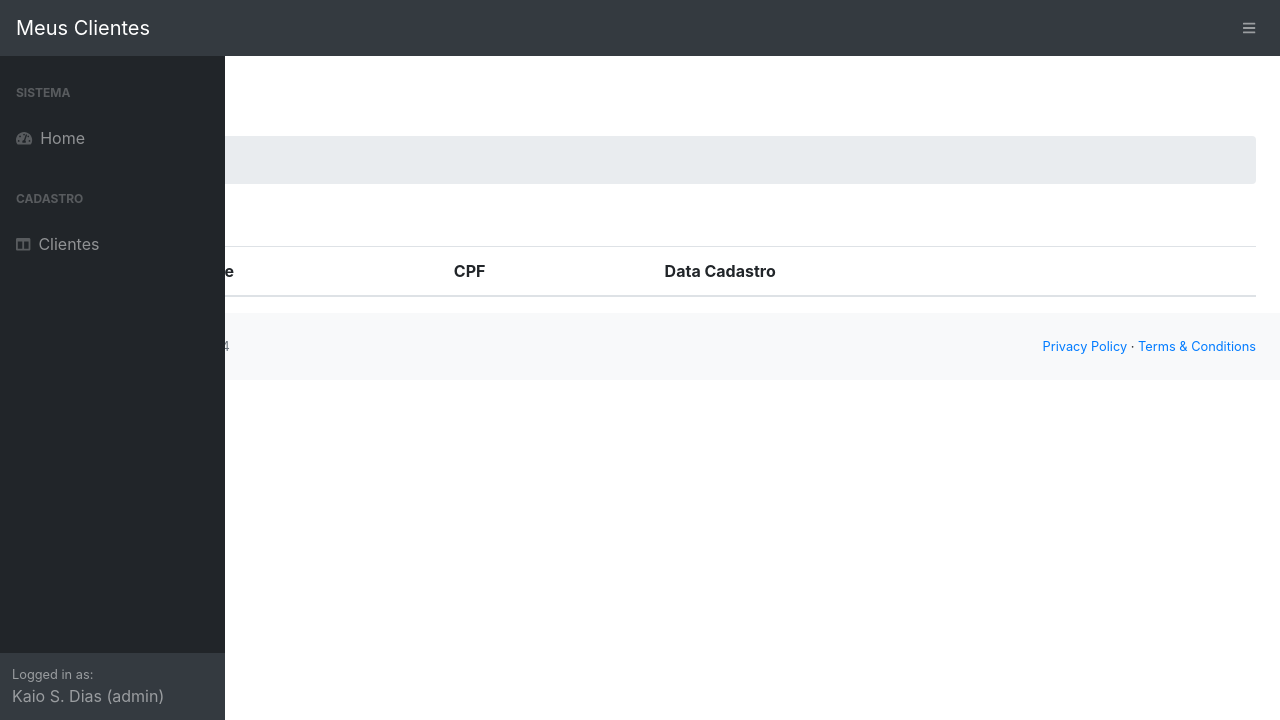
Repository: Kaio-Dias/Angular-Springboot
Page: /users-list (app in Frontend/clients-app/)
These files come from the project's save history. The page is drawn as it stood at one moment and after the next save; the edit follows.
The browser window is 1280 px wide. The pictures show the whole page.
The page's requests for data from a server got no answer. Some web libraries are served in a nearby version. The project was rebuilt for these pictures with package versions that can differ from the ones it lists, and the page was loaded fresh each time. No one was signed in, and anything a server would have sent is missing. Also part of the build but not shown: Frontend/clients-app/angular.json, Frontend/clients-app/src/app/users/users-form/users-form.component.ts, Frontend/clients-app/src/app/users/UserModel.ts, Frontend/clients-app/src/app/home/home.component.ts.

Above is the page before, as saved 2024-07-12 10:49:24.

### Frontend/clients-app/src/index.html
<!doctype html>
<html lang="en">
<head>
  <meta charset="utf-8">
  <title>ClientsApp</title>
  <base href="/">
  <meta name="viewport" content="width=device-width, initial-scale=1">
  <link rel="icon" type="image/x-icon" href="favicon.ico">
  <script src="https://cdnjs.cloudflare.com/ajax/libs/font-awesome/5.11.2/js/all.min.js" crossorigin="anonymous"></script>
</head>
<body class="sb-nav-fixed">
  <app-root></app-root>
</body>
</html>

### Frontend/clients-app/src/app/app.component.ts
import { Component } from '@angular/core';
import { RouterModule, RouterOutlet } from '@angular/router';
import { routes } from './app.routes';
import { UsersService } from './users.service';
import { HttpClientModule } from '@angular/common/http';
import { CommonModule } from '@angular/common';

import { HomeComponent } from './home/home.component';
import {TemplateModule} from './template/template.module';
import {UsersModule} from './users/users.module';

@Component({
  selector: 'app-root',
  standalone: true,
  imports: [
    RouterOutlet,
    HomeComponent,
    TemplateModule,
    CommonModule,
    UsersModule,
    HttpClientModule
  ],
  providers:[
    UsersService
  ],
  templateUrl: './app.component.html',
  styleUrls: ['./app.component.css']
})
export class AppComponent {
  title = 'clients-app';
}

### Frontend/clients-app/src/app/app.routes.ts
import { Routes } from '@angular/router';
import { UsersFormComponent } from './users/users-form/users-form.component';
import { HomeComponent } from './home/home.component';
import { UsersListComponent } from './users/users-list/users-list.component';

export const routes: Routes = [
    { path: '', redirectTo: '/home', pathMatch: 'full' },
    { path: 'home', component: HomeComponent },
    { path: 'users-form', component: UsersFormComponent },
    { path: 'users-form/:id', component: UsersFormComponent},
    { path: 'users-list', component: UsersListComponent },

];

### Frontend/clients-app/src/app/app.component.html
<app-navbar></app-navbar>
<div id="layoutSidenav">
  <app-sidebar></app-sidebar>
  <div id="layoutSidenav_content">
    <main>
      <div class="container-fluid">
        <router-outlet></router-outlet>
      </div>
      <footer class="py-4 bg-light mt-auto">
        <div class="container-fluid">
            <div class="d-flex align-items-center justify-content-between small">
                <div class="text-muted">Copyright &copy; Client Manager 2024</div>
                <div>
                    <a href="#">Privacy Policy</a>
                    &middot;
                    <a href="#">Terms &amp; Conditions</a>
                </div>
            </div>
        </div>
    </footer>
    </main>
  </div>
</div>

### Frontend/clients-app/src/app/users.service.ts
import { Injectable } from '@angular/core';
import { UserModel } from './users/UserModel';
import { HttpClient, HttpHeaders } from '@angular/common/http';
import { Observable } from 'rxjs';


@Injectable({
  providedIn: 'root'
})
export class UsersService {

  private user: UserModel[] = [];

  private apiUrl = 'http://localhost:8084/api/users';

  constructor(private http: HttpClient) {

  }
  //provavelmente seu User virará UserModel
  save(user:UserModel) : Observable<UserModel[]>{
    const headers = new HttpHeaders({'Content-Type': 'application/json'});
    return this.http.post<UserModel[]>(this.apiUrl, user, {headers})
  }

  getUsers(): Observable<UserModel[]> {
    return this.http.get<UserModel[]>(this.apiUrl);
  }

  getUserById(id: number): Observable<UserModel> {
    return this.http.get<UserModel>(`${this.apiUrl}/${id}`);
  }
}

### Frontend/clients-app/src/app/template/template.module.ts
import { NgModule } from '@angular/core';
import { CommonModule } from '@angular/common';
import { NavbarComponent } from './navbar/navbar.component';
import {SidebarComponent } from './sidebar/sidebar.component';
import { RouterModule } from '@angular/router';



@NgModule({
  declarations: [],
  imports: [
    CommonModule,
    RouterModule,
    NavbarComponent,
    SidebarComponent
  ],
  exports: [
    NavbarComponent,
    SidebarComponent
  ]
})
export class TemplateModule { }

### Frontend/clients-app/src/app/users/users.module.ts
import { NgModule } from '@angular/core';
import { CommonModule } from '@angular/common';
import { FormsModule } from '@angular/forms'

import { UsersRoutingModule } from './users-routing.module';
import { UsersFormComponent } from './users-form/users-form.component';
import { UsersListComponent } from './users-list/users-list.component';
import { RouterModule } from '@angular/router';


@NgModule({
  declarations: [],
  imports: [
    FormsModule,
    CommonModule,
    UsersRoutingModule,
    UsersFormComponent,
    UsersListComponent,
    RouterModule
  ],
  exports:[
    UsersFormComponent
  ]
})
export class UsersModule { }

### Frontend/clients-app/src/app/users/users-list/users-list.component.ts
import { Component, OnInit } from '@angular/core';
import { FormsModule } from '@angular/forms';
import { CommonModule } from '@angular/common';
import { ActivatedRoute, Router, RouterModule } from '@angular/router'

import { UserModel } from '../UserModel';
import { UsersService } from '../../users.service'
import { response } from 'express';

@Component({
  selector: 'app-users-list',
  standalone: true,
  imports: [FormsModule, CommonModule],
  templateUrl: './users-list.component.html',
  styleUrl: './users-list.component.css'
})
export class UsersListComponent implements OnInit {

  users: UserModel[] = [];

  constructor(
    private userService: UsersService,
    private router: Router,
    private activatedRoute: ActivatedRoute
  ){}

  ngOnInit(): void {
    this.userService.getUsers().subscribe(response => this.users = response);
  }

  newRegister(){
    this.router.navigate(['/users-form'])
  }
}

### Frontend/clients-app/src/app/template/navbar/navbar.component.ts
import { Component, AfterViewInit } from '@angular/core';

@Component({
  selector: 'app-navbar',
  standalone: true,
  imports: [],
  templateUrl: './navbar.component.html',
  styleUrl: './navbar.component.css'
})
export class NavbarComponent {

}

### Frontend/clients-app/src/app/users/users-routing.module.ts
import { NgModule } from '@angular/core';
import { RouterModule, Routes } from '@angular/router';
import { UsersFormComponent } from './users-form/users-form.component';

const routes: Routes = [
  { path: 'users-form', component: UsersFormComponent}
];

@NgModule({
  imports: [RouterModule.forChild(routes)],
  exports: [RouterModule]
})
export class UsersRoutingModule { }

### Frontend/clients-app/src/app/users/users-list/users-list.component.html
<h1 class="mt-4">Clientes</h1>
<ol class="breadcrumb mb-4">
    <li class="breadcrumb-item active">Consulta</li>
</ol>
<div class="container">
</div>
<div class="row">
    <div class="col-md-2">
        <button class="btn btn-warning" (click)="newRegister()">
            <i class="fa fa-plus"></i> Novo
        </button>
    </div>
</div>
<div class="row">
    <div class="col-md-12">
        <table class="table table-condensed table-hover">
            <thead>
                <tr>
                    <th>ID</th>
                    <th>Nome</th>
                    <th>CPF</th>
                    <th>Data Cadastro</th>
                    <th></th>
                </tr>
            </thead>
            <tbody>
                <tr *ngFor="let user of users">
                    <td>{{ user.id }}</td>
                    <td>{{ user.username }}</td>
                    <td>{{ user.cpf }}</td>
                    <td>{{ user.registered_date }}</td>
                    <td>{{ user.username }}</td>
                    <td>
                        <button class="btn btn-primary"
                            routerLink="/users-form/", user.id>
                            <i class="fa fa-pen-square"></i>
                        </button>

                        <button class="btn btn-danger" data-toggle="modal" data-target="#deleteModal">
                            <i class="fa fa-trash"></i>
                        </button>
                    </td>
                </tr>
            </tbody>
        </table>
    </div>
    <div>
        <div id="deleteModal" class="modal fade" role="dialog">
            <div class="modal-dialog">
                <div class="modal-content">
                    <div class="modal-header">
                        <h4>Confirmação</h4>
                    </div>

                    <div class="modal-body">
                        hello
                    </div>
                </div>
            </div>
        </div>
    </div>
</div>

### Frontend/clients-app/src/app/template/navbar/navbar.component.html
<nav class="sb-topnav navbar navbar-extend navbar-dark bg-dark">
    <a class="navbar-brand" href="#">Meus Clientes</a>
    <button class="btn btn-link btn-sm order-1 order-lg-0" id="sidebarToggle">
        <i class="fas fa-bars"></i>
    </button>
</nav>

### Frontend/clients-app/src/app/template/sidebar/sidebar.component.html
<div id="layoutSidenav">
    <div id="layoutSidenav_nav">
        <nav class="sb-sidenav accordion sb-sidenav-dark" id="sidenavAccordion">
            <div class="sb-sidenav-menu">
                <div class="nav">
                    <div class="sb-sidenav-menu-heading">Sistema</div>
                    <a class="nav-link" href="/home"
                        ><div class="sb-nav-link-icon"><i class="fas fa-tachometer-alt"></i></div>
                        Home</a
                    >
                    <div class="sb-sidenav-menu-heading">Cadastro</div>
                    <a class="nav-link collapsed" href="/users-list" data-toggle="collapse" data-target="#collapseLayouts" aria-expanded="false" aria-controls="collapseLayouts"
                        ><div class="sb-nav-link-icon"><i class="fas fa-columns"></i></div>
                        Clientes
                    </a>
                    <div class="collapse" id="collapseLayouts" aria-labelledby="headingOne" data-parent="#sidenavAccordion">
                        <nav class="sb-sidenav-menu-nested nav"><a class="nav-link" href="layout-static.html">Static Navigation</a><a class="nav-link" href="layout-sidenav-light.html">Light Sidenav</a></nav>
                    </div>
                    </div>
                </div>
            <div class="sb-sidenav-footer">
                <div class="small">Logged in as:</div>
                Kaio S. Dias (admin)
            </div>
        </nav>
    </div>

Loaded but not shown: Frontend/clients-app/src/styles.css (library); Frontend/clients-app/src/main.ts (common file); Frontend/clients-app/src/app/app.config.ts (common file); Frontend/clients-app/src/app/app.component.css (library); Frontend/clients-app/src/app/template/sidebar/sidebar.component.ts (common file); Frontend/clients-app/src/app/template/navbar/navbar.component.css (no stored copy; drawn as an empty file); Frontend/clients-app/src/app/template/sidebar/sidebar.component.css (no stored copy; drawn as an empty file); Frontend/clients-app/src/app/users/users-list/users-list.component.css (no stored copy; drawn as an empty file)

After the next save:
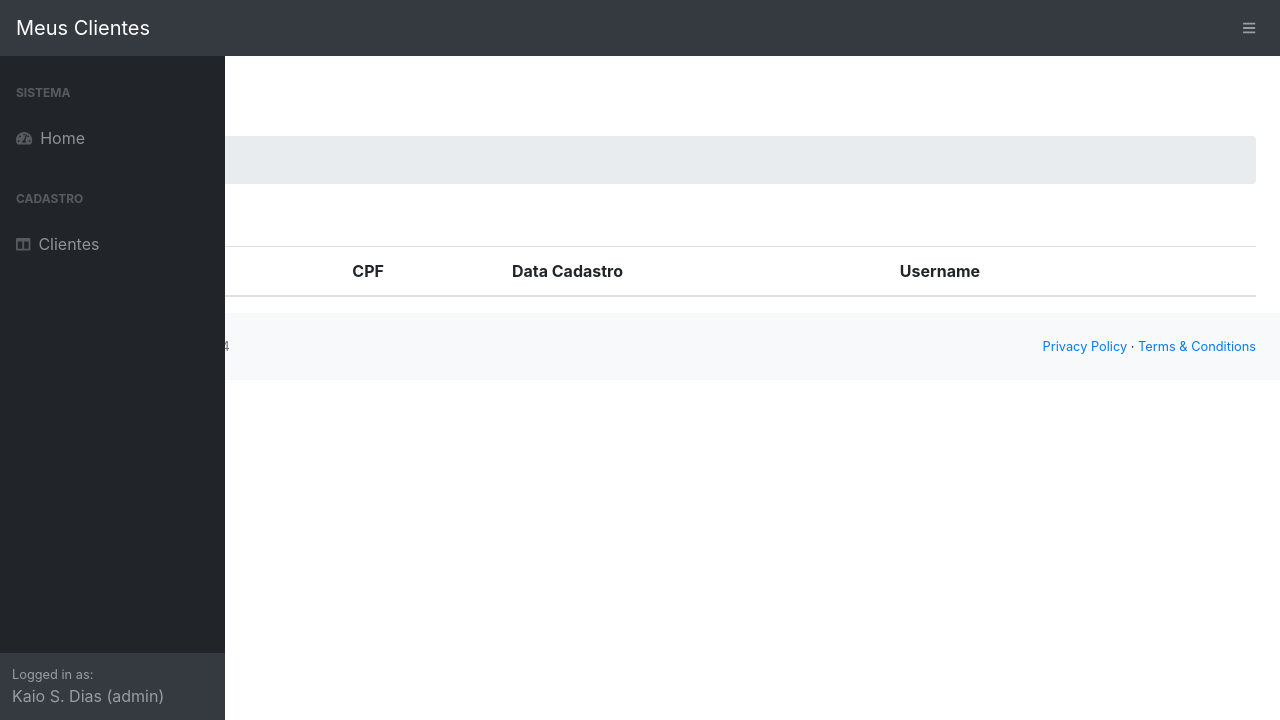
Saved 11 s later.
--- a/Frontend/clients-app/src/app/users/users-list/users-list.component.html
+++ b/Frontend/clients-app/src/app/users/users-list/users-list.component.html
@@ -20,6 +20,7 @@
                     <th>Nome</th>
                     <th>CPF</th>
                     <th>Data Cadastro</th>
+                    <th>Username</th>
                     <th></th>
                 </tr>
             </thead>

After the save that followed:
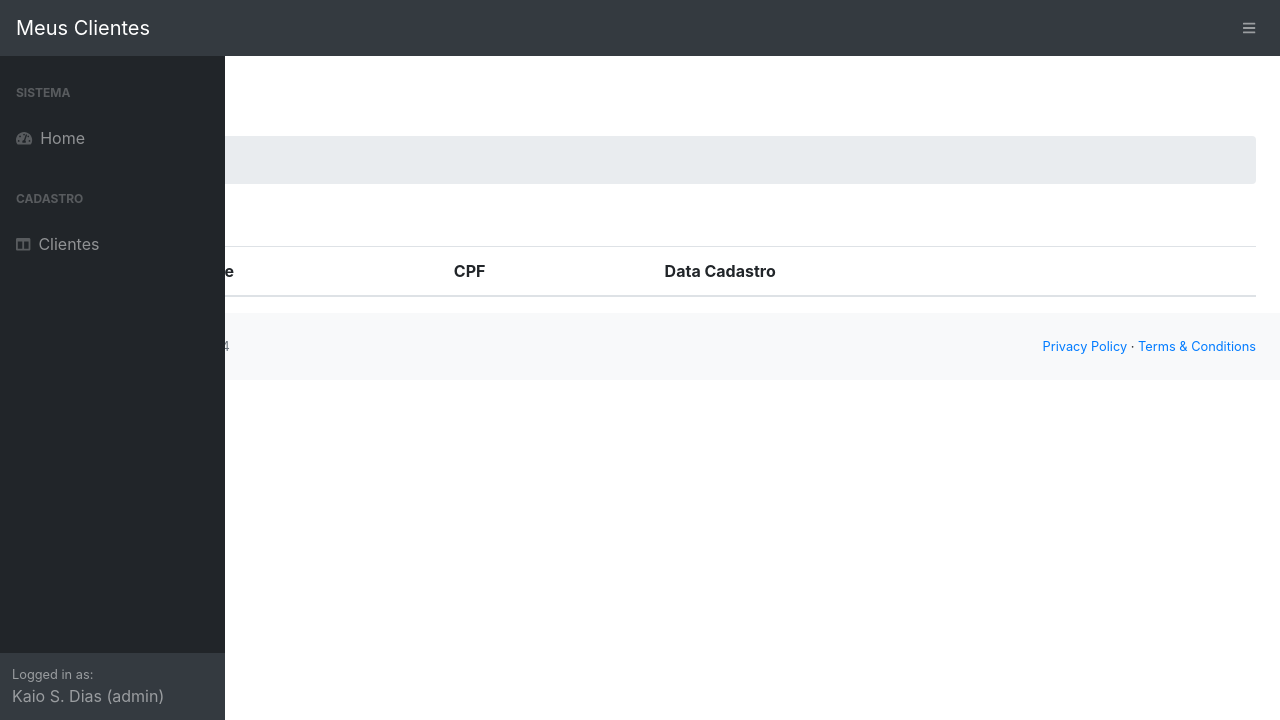
Saved 60 s later.
--- a/Frontend/clients-app/src/app/users/users-list/users-list.component.html
+++ b/Frontend/clients-app/src/app/users/users-list/users-list.component.html
@@ -20,7 +20,6 @@
                     <th>Nome</th>
                     <th>CPF</th>
                     <th>Data Cadastro</th>
-                    <th>Username</th>
                     <th></th>
                 </tr>
             </thead>
@@ -30,7 +29,6 @@
                     <td>{{ user.username }}</td>
                     <td>{{ user.cpf }}</td>
                     <td>{{ user.registered_date }}</td>
-                    <td>{{ user.username }}</td>
                     <td>
                         <button class="btn btn-primary"
                             routerLink="/users-form/", user.id>
